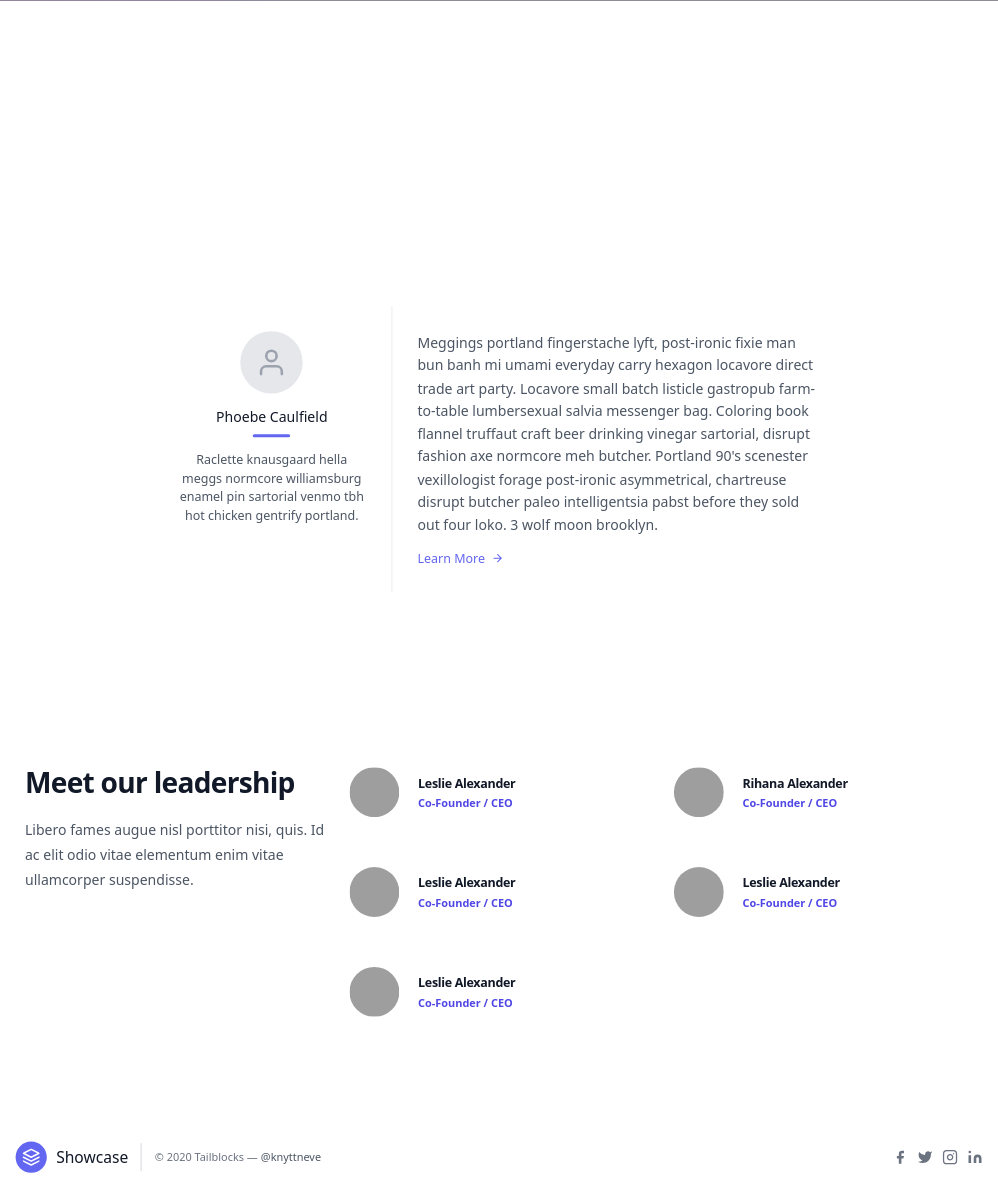
Repository: prashant523580/showcase
Page: /about
The author's editor kept a copy of each file at every save. The page is drawn from the files as they stood at one save, then again after a run of saves.
The browser window is 1280 px wide. The pictures show the part of the page from y = 616 to 2151 px (the page is 2151 px tall), at 78% of full size.
Pictures or frames that could not be fetched are drawn as grey boxes. The project was rebuilt for these pictures with package versions that can differ from the ones it lists, and the page was loaded fresh each time. The framework's server and built-in components were replaced by stand-ins that run in the browser. Also part of the build but not shown: next.config.js.

Above is the page before, as saved 2023-03-25 18:40:18.

### src/pages/_app.tsx
import Footer from '@/components/Footer'
import Navbar from '@/components/Navbar'
import React from "react";
import '@/styles/globals.css'
import type { AppProps } from 'next/app'
import AOS from "aos";
import "aos/dist/aos.css"
export default function App({ Component, pageProps }: AppProps) {
  React.useEffect(()=>{
      AOS.init()
  },[])
  return(
<>
    <Navbar/>
    <Component {...pageProps} />
    <Footer/>
</>
    )
}

### src/pages/about.tsx
const links = [
    { name: 'Open roles', href: '#' },
    { name: 'Internship program', href: '#' },
    { name: 'Our values', href: '#' },
    { name: 'Meet our leadership', href: '#' },
  ]
  const stats = [
    { name: 'Offices worldwide', value: '12' },
    { name: 'Full-time colleagues', value: '300+' },
    { name: 'Hours per week', value: '40' },
    { name: 'Paid time off', value: 'Unlimited' },
  ]

  const people = [
    {
      name: 'Leslie Alexander',
      role: 'Co-Founder / CEO',
      imageUrl:
        'https://images.unsplash.com/photo-1494790108377-be9c29b29330?ixlib=rb-1.2.1&ixid=eyJhcHBfaWQiOjEyMDd9&auto=format&fit=facearea&facepad=2&w=256&h=256&q=80',
    },
    {
      name: 'Rihana Alexander',
      role: 'Co-Founder / CEO',
      imageUrl:
        'https://images.unsplash.com/photo-1494790108377-be9c29b29330?ixlib=rb-1.2.1&ixid=eyJhcHBfaWQiOjEyMDd9&auto=format&fit=facearea&facepad=2&w=256&h=256&q=80',
    },
    {
      name: 'Leslie Alexander',
      role: 'Co-Founder / CEO',
      imageUrl:
        'https://images.unsplash.com/photo-1494790108377-be9c29b29330?ixlib=rb-1.2.1&ixid=eyJhcHBfaWQiOjEyMDd9&auto=format&fit=facearea&facepad=2&w=256&h=256&q=80',
    },
    {
      name: 'Leslie Alexander',
      role: 'Co-Founder / CEO',
      imageUrl:
        'https://images.unsplash.com/photo-1494790108377-be9c29b29330?ixlib=rb-1.2.1&ixid=eyJhcHBfaWQiOjEyMDd9&auto=format&fit=facearea&facepad=2&w=256&h=256&q=80',
    },
    {
      name: 'Leslie Alexander',
      role: 'Co-Founder / CEO',
      imageUrl:
        'https://images.unsplash.com/photo-1494790108377-be9c29b29330?ixlib=rb-1.2.1&ixid=eyJhcHBfaWQiOjEyMDd9&auto=format&fit=facearea&facepad=2&w=256&h=256&q=80',
    },
    // More people...
  ]
  export default function About() {
    return (
      <section>

      <div className="relative isolate overflow-hidden bg-gray-900 py-24 sm:py-32">
        <img
          src="https://images.unsplash.com/photo-1521737604893-d14cc237f11d?ixlib=rb-4.0.3&ixid=MnwxMjA3fDB8MHxwaG90by1wYWdlfHx8fGVufDB8fHx8&auto=format&fit=crop&crop=focalpoint&fp-y=.8&w=2830&h=1500&q=80&blend=111827&sat=-100&exp=15&blend-mode=multiply"
          alt=""
          className="absolute inset-0 -z-10 h-full w-full object-cover object-right md:object-center"
          />
        <svg
          viewBox="0 0 1097 845"
          aria-hidden="true"
          className="hidden transform-gpu blur-3xl sm:absolute sm:-top-10 sm:right-1/2 sm:-z-10 sm:mr-10 sm:block sm:w-[68.5625rem]"
        >
          <path
            fill="url(#10724532-9d81-43d2-bb94-866e98dd6e42)"
            fillOpacity=".2"
            d="M301.174 646.641 193.541 844.786 0 546.172l301.174 100.469 193.845-356.855c1.241 164.891 42.802 431.935 199.124 180.978 195.402-313.696 143.295-588.18 284.729-419.266 113.148 135.13 124.068 367.989 115.378 467.527L811.753 372.553l20.102 451.119-530.681-177.031Z"
          />
          <defs>
            <linearGradient
              id="10724532-9d81-43d2-bb94-866e98dd6e42"
              x1="1097.04"
              x2="-141.165"
              y1=".22"
              y2="363.075"
              gradientUnits="userSpaceOnUse"
              >
              <stop stopColor="#776FFF" />
              <stop offset={1} stopColor="#FF4694" />
            </linearGradient>
          </defs>
        </svg>
        <svg
          viewBox="0 0 1097 845"
          aria-hidden="true"
          className="absolute left-1/2 -top-52 -z-10 w-[68.5625rem] -translate-x-1/2 transform-gpu blur-3xl sm:top-[-28rem] sm:ml-16 sm:translate-x-0 sm:transform-gpu"
          >
          <path
            fill="url(#8ddc7edb-8983-4cd7-bccb-79ad21097d70)"
            fillOpacity=".2"
            d="M301.174 646.641 193.541 844.786 0 546.172l301.174 100.469 193.845-356.855c1.241 164.891 42.802 431.935 199.124 180.978 195.402-313.696 143.295-588.18 284.729-419.266 113.148 135.13 124.068 367.989 115.378 467.527L811.753 372.553l20.102 451.119-530.681-177.031Z"
            />
          <defs>
            <linearGradient
              id="8ddc7edb-8983-4cd7-bccb-79ad21097d70"
              x1="1097.04"
              x2="-141.165"
              y1=".22"
              y2="363.075"
              gradientUnits="userSpaceOnUse"
              >
              <stop stopColor="#776FFF" />
              <stop offset={1} stopColor="#FF4694" />
            </linearGradient>
          </defs>
        </svg>
        <div className="mx-auto max-w-7xl px-6 lg:px-8">
          <div className="mx-auto max-w-2xl lg:mx-0">
            <h2 className="text-4xl font-bold tracking-tight text-white sm:text-6xl">Work with us</h2>
            <p className="mt-6 text-lg leading-8 text-gray-300">
              Anim aute id magna aliqua ad ad non deserunt sunt. Qui irure qui lorem cupidatat commodo. Elit sunt amet
              fugiat veniam occaecat fugiat aliqua.
            </p>
          </div>
          <div className="mx-auto mt-10 max-w-2xl lg:mx-0 lg:max-w-none">
            <div className="grid grid-cols-1 gap-y-6 gap-x-8 text-base font-semibold leading-7 text-white sm:grid-cols-2 md:flex lg:gap-x-10">
              {links.map((link) => (
                <a key={link.name} href={link.href}>
                  {link.name} <span aria-hidden="true">&rarr;</span>
                </a>
              ))}
            </div>
            <dl className="mt-16 grid grid-cols-1 gap-8 sm:mt-20 sm:grid-cols-2 lg:grid-cols-4">
              {stats.map((stat) => (
                <div key={stat.name} className="flex flex-col-reverse">
                  <dt className="text-base leading-7 text-gray-300">{stat.name}</dt>
                  <dd className="text-2xl font-bold leading-9 tracking-tight text-white">{stat.value}</dd>
                </div>
              ))}
            </dl>
          </div>
        </div>
      </div>
      <section className="text-gray-600 body-font">
  <div className="container px-5 py-24 mx-auto flex flex-col">
    <div className="lg:w-4/6 mx-auto">
      <div className="rounded-lg h-64 overflow-hidden">
        {/* <img alt="content" className="object-cover object-center h-full w-full" src="https://dummyimage.com/1200x500"/> */}
      </div>
      <div className="flex flex-col sm:flex-row mt-10">
        <div className="sm:w-1/3 text-center sm:pr-8 sm:py-8">
          <div className="w-20 h-20 rounded-full inline-flex items-center justify-center bg-gray-200 text-gray-400">
            <svg fill="none" stroke="currentColor" stroke-linecap="round" stroke-linejoin="round" stroke-width="2" className="w-10 h-10" viewBox="0 0 24 24">
              <path d="M20 21v-2a4 4 0 00-4-4H8a4 4 0 00-4 4v2"></path>
              <circle cx="12" cy="7" r="4"></circle>
            </svg>
          </div>
          <div className="flex flex-col items-center text-center justify-center">
            <h2 className="font-medium title-font mt-4 text-gray-900 text-lg">Phoebe Caulfield</h2>
            <div className="w-12 h-1 bg-indigo-500 rounded mt-2 mb-4"></div>
            <p className="text-base">Raclette knausgaard hella meggs normcore williamsburg enamel pin sartorial venmo tbh hot chicken gentrify portland.</p>
          </div>
        </div>
        <div className="sm:w-2/3 sm:pl-8 sm:py-8 sm:border-l border-gray-200 sm:border-t-0 border-t mt-4 pt-4 sm:mt-0 text-center sm:text-left">
          <p className="leading-relaxed text-lg mb-4">Meggings portland fingerstache lyft, post-ironic fixie man bun banh mi umami everyday carry hexagon locavore direct trade art party. Locavore small batch listicle gastropub farm-to-table lumbersexual salvia messenger bag. Coloring book flannel truffaut craft beer drinking vinegar sartorial, disrupt fashion axe normcore meh butcher. Portland 90's scenester vexillologist forage post-ironic asymmetrical, chartreuse disrupt butcher paleo intelligentsia pabst before they sold out four loko. 3 wolf moon brooklyn.</p>
          <a className="text-indigo-500 inline-flex items-center">Learn More
            <svg fill="none" stroke="currentColor" stroke-linecap="round" stroke-linejoin="round" stroke-width="2" className="w-4 h-4 ml-2" viewBox="0 0 24 24">
              <path d="M5 12h14M12 5l7 7-7 7"></path>
            </svg>
          </a>
        </div>
      </div>
    </div>
  </div>
</section>
      <div className="bg-white py-24 sm:py-32">
      <div className="mx-auto grid max-w-7xl gap-y-20 gap-x-8 px-6 lg:px-8 xl:grid-cols-3">
        <div className="max-w-2xl">
          <h2 className="text-3xl font-bold tracking-tight text-gray-900 sm:text-4xl">Meet our leadership</h2>
          <p className="mt-6 text-lg leading-8 text-gray-600">
            Libero fames augue nisl porttitor nisi, quis. Id ac elit odio vitae elementum enim vitae ullamcorper
            suspendisse.
          </p>
        </div>
        <ul role="list" className="grid gap-x-8 gap-y-12 sm:grid-cols-2 sm:gap-y-16 xl:col-span-2">
          {people.map((person) => (
            <li key={person.name}>
              <div className="flex items-center gap-x-6">
                <img className="h-16 w-16 rounded-full" src={person.imageUrl} alt="" />
                <div>
                  <h3 className="text-base font-semibold leading-7 tracking-tight text-gray-900">{person.name}</h3>
                  <p className="text-sm font-semibold leading-6 text-indigo-600">{person.role}</p>
                </div>
              </div>
            </li>
          ))}
        </ul>
      </div>
    </div>
              </section>
    )
  }

### src/components/Footer.tsx
import React from 'react'

export default function Footer() {
  return (
    <footer className="text-gray-600 body-font">
  <div className="container px-5 py-8 mx-auto flex items-center sm:flex-row flex-col">
    <a className="flex title-font font-medium items-center md:justify-start justify-center text-gray-900">
      <svg xmlns="http://www.w3.org/2000/svg" fill="none" stroke="currentColor" stroke-linecap="round" stroke-linejoin="round" stroke-width="2" className="w-10 h-10 text-white p-2 bg-indigo-500 rounded-full" viewBox="0 0 24 24">
        <path d="M12 2L2 7l10 5 10-5-10-5zM2 17l10 5 10-5M2 12l10 5 10-5"></path>
      </svg>
      <span className="ml-3 text-xl">Showcase</span>
    </a>
    <p className="text-sm text-gray-500 sm:ml-4 sm:pl-4 sm:border-l-2 sm:border-gray-200 sm:py-2 sm:mt-0 mt-4">© 2020 Tailblocks —
      <a href="https://twitter.com/knyttneve" className="text-gray-600 ml-1" rel="noopener noreferrer" target="_blank">@knyttneve</a>
    </p>
    <span className="inline-flex sm:ml-auto sm:mt-0 mt-4 justify-center sm:justify-start">
      <a className="text-gray-500">
        <svg fill="currentColor" stroke-linecap="round" stroke-linejoin="round" stroke-width="2" className="w-5 h-5" viewBox="0 0 24 24">
          <path d="M18 2h-3a5 5 0 00-5 5v3H7v4h3v8h4v-8h3l1-4h-4V7a1 1 0 011-1h3z"></path>
        </svg>
      </a>
      <a className="ml-3 text-gray-500">
        <svg fill="currentColor" stroke-linecap="round" stroke-linejoin="round" stroke-width="2" className="w-5 h-5" viewBox="0 0 24 24">
          <path d="M23 3a10.9 10.9 0 01-3.14 1.53 4.48 4.48 0 00-7.86 3v1A10.66 10.66 0 013 4s-4 9 5 13a11.64 11.64 0 01-7 2c9 5 20 0 20-11.5a4.5 4.5 0 00-.08-.83A7.72 7.72 0 0023 3z"></path>
        </svg>
      </a>
      <a className="ml-3 text-gray-500">
        <svg fill="none" stroke="currentColor" stroke-linecap="round" stroke-linejoin="round" stroke-width="2" className="w-5 h-5" viewBox="0 0 24 24">
          <rect width="20" height="20" x="2" y="2" rx="5" ry="5"></rect>
          <path d="M16 11.37A4 4 0 1112.63 8 4 4 0 0116 11.37zm1.5-4.87h.01"></path>
        </svg>
      </a>
      <a className="ml-3 text-gray-500">
        <svg fill="currentColor" stroke="currentColor" stroke-linecap="round" stroke-linejoin="round" stroke-width="0" className="w-5 h-5" viewBox="0 0 24 24">
          <path stroke="none" d="M16 8a6 6 0 016 6v7h-4v-7a2 2 0 00-2-2 2 2 0 00-2 2v7h-4v-7a6 6 0 016-6zM2 9h4v12H2z"></path>
          <circle cx="4" cy="4" r="2" stroke="none"></circle>
        </svg>
      </a>
    </span>
  </div>
</footer>
  )
}

### src/components/Navbar.tsx
// import React from 'react'

// export default function Navbar() {
//   return (
//     <header className="text-gray-600 body-font">
//   <div className="container mx-auto flex flex-wrap p-5 flex-col md:flex-row items-center">
//     <nav className="flex lg:w-2/5 flex-wrap items-center text-base md:ml-auto">
//       <a className="mr-5 hover:text-gray-900">First Link</a>
//       <a className="mr-5 hover:text-gray-900">Second Link</a>
//       <a className="mr-5 hover:text-gray-900">Third Link</a>
//       <a className="hover:text-gray-900">Fourth Link</a>
//     </nav>
//     <a className="flex order-first lg:order-none lg:w-1/5 title-font font-medium items-center text-gray-900 lg:items-center lg:justify-center mb-4 md:mb-0">
//       <svg xmlns="http://www.w3.org/2000/svg" fill="none" stroke="currentColor" stroke-linecap="round" stroke-linejoin="round" stroke-width="2" className="w-10 h-10 text-white p-2 bg-indigo-500 rounded-full" viewBox="0 0 24 24">
//         <path d="M12 2L2 7l10 5 10-5-10-5zM2 17l10 5 10-5M2 12l10 5 10-5"></path>
//       </svg>
//       <span className="ml-3 text-xl">Tailblocks</span>
//     </a>
//     <div className="lg:w-2/5 inline-flex lg:justify-end ml-5 lg:ml-0">
//       <button className="inline-flex items-center bg-gray-100 border-0 py-1 px-3 focus:outline-none hover:bg-gray-200 rounded text-base mt-4 md:mt-0">Button
//         <svg fill="none" stroke="currentColor" stroke-linecap="round" stroke-linejoin="round" stroke-width="2" className="w-4 h-4 ml-1" viewBox="0 0 24 24">
//           <path d="M5 12h14M12 5l7 7-7 7"></path>
//         </svg>
//       </button>
//     </div>
//   </div>
// </header>
//   )
// }
import React, { useState } from 'react'
import {useRouter} from "next/router"
import { Dialog } from '@headlessui/react'
import { Bars3Icon, XMarkIcon } from '@heroicons/react/24/outline'
import Link from 'next/link'

const navigation = [
  { name: 'Home', href: '/' },
  { name: 'Blogs', href: '/blogs' },
  { name: 'Services', href: '/services' },
  { name: 'Clients', href: '/clients' },
  { name: 'About', href: '/about' },
  { name: 'Contact', href: '/contact' },
]
function ActiveLink({ children, href } : any) {
  const router = useRouter();
  const style = {
      // padding: 10,
    // marginRight: 10,
    fontWeight:"bold",
    color: router.asPath === href ? 'purple' : 'black',
    boxShadow:  router.asPath === href ? "inset 0 -2px 0 0 purple" : "none",
    fontFamily: "'Roboto', sans-serif",
  }

  const handleClick = (e : any) => {
    e.preventDefault()
    router.push(href)
  }

  return (
    <a href={href} onClick={handleClick} style={style}>
      {children}
    </a>
  )
}
export default function Example() {
  const [mobileMenuOpen, setMobileMenuOpen] = useState(false)

  return (
    <div className="bg-white">
      <header className="absolute shadow-md bg-white inset-x-0 top-0 z-50">
        <nav className="flex items-center justify-between p-6 lg:px-8" aria-label="Global">
          <div className="flex lg:flex-1">
            <Link href="/" className="-m-1.5 p-1.5">
              <span className="sr-only">Showcase</span>
              {/* <img
                className="h-8 w-auto"
                src="https://tailwindui.com/img/logos/mark.svg?color=indigo&shade=600"
                alt=""
              /> */}
              <h1 className='font-bold text-xl'>Showcase</h1>
            </Link>
          </div>
          <div className="flex lg:hidden">
            <button
              type="button"
              className="-m-2.5 inline-flex items-center justify-center rounded-md p-2.5 text-gray-700"
              onClick={() => setMobileMenuOpen(true)}
            >
              <span className="sr-only">Open main menu</span>
              <Bars3Icon className="h-6 w-6" aria-hidden="true" />
            </button>
          </div>
          <div className="hidden lg:flex lg:gap-x-12">
            {navigation.map((item) => (
              <ActiveLink key={item.name} href={item.href}>
                {item.name}
              </ActiveLink>
            ))}
          </div>
          <div className="hidden lg:flex lg:flex-1 lg:justify-end">
            <Link href="tel:+9779816514719" className="text-sm font-semibold leading-6 text-gray-900">
              Call <span aria-hidden="true">&rarr;</span>
            </Link>
          </div>
        </nav>
        <Dialog as="div" className="lg:hidden transition-all" open={mobileMenuOpen} onClose={setMobileMenuOpen}>
          <div className="fixed inset-0 z-50  transition-all" />
          <Dialog.Panel className="fixed transition-all inset-y-0 right-0 z-50 w-full overflow-y-auto bg-white px-6 py-6 sm:max-w-sm sm:ring-1 sm:ring-gray-900/10">
            <div className="flex items-center justify-between">
              <Link href="#" className="-m-1.5 p-1.5">
                <span className="sr-only">Showcase</span>
                <img
                  className="h-8 w-auto"
                  src="https://tailwindui.com/img/logos/mark.svg?color=indigo&shade=600"
                  alt=""
                />
              </Link>
              <button
                type="button"
                className="-m-2.5 rounded-md p-2.5 text-gray-700"
                onClick={() => setMobileMenuOpen(false)}
              >
                <span className="sr-only">Close menu</span>
                <XMarkIcon className="h-6 w-6" aria-hidden="true" />
              </button>
            </div>
            <div className="mt-6 flow-root">
              <div className="-my-6 divide-y divide-gray-500/10">
                <div className="space-y-2 py-6">
                  {navigation.map((item) => (
                    <Link
                      key={item.name}
                      href={item.href}
                      className="-mx-3 block rounded-lg py-2 px-3 text-base font-semibold leading-7 text-gray-900 hover:bg-gray-50"
                    >
                      {item.name}
                    </Link>
                  ))}
                </div>
                <div className="py-6">
                  <Link
                    href="#"
                    className="-mx-3 block rounded-lg py-2.5 px-3 text-base font-semibold leading-7 text-gray-900 hover:bg-gray-50"
                  >
                    Log in
                  </Link>
                </div>
              </div>
            </div>
          </Dialog.Panel>
        </Dialog>
      </header>


    </div>
  )
}

### src/styles/globals.css
@tailwind base;
@tailwind components;
@tailwind utilities;
@import url('https://fonts.googleapis.com/css2?family=Aclonica&family=Caveat&family=DM+Serif+Text&family=Oswald&family=Roboto&family=Vollkorn&display=swap');

:root {
  --max-width: 1100px;
  --border-radius: 12px;
  --font-mono: ui-monospace, Menlo, Monaco, 'Cascadia Mono', 'Segoe UI Mono',
    'Roboto Mono', 'Oxygen Mono', 'Ubuntu Monospace', 'Source Code Pro',
    'Fira Mono', 'Droid Sans Mono', 'Courier New', monospace;

  --foreground-rgb: 0, 0, 0;
  --background-start-rgb: 214, 219, 220;
  --background-end-rgb: 255, 255, 255;

  --primary-glow: conic-gradient(
    from 180deg at 50% 50%,
    #16abff33 0deg,
    #0885ff33 55deg,
    #54d6ff33 120deg,
    #0071ff33 160deg,
    transparent 360deg
  );
  --secondary-glow: radial-gradient(
    rgba(255, 255, 255, 1),
    rgba(255, 255, 255, 0)
  );

  --tile-start-rgb: 239, 245, 249;
  --tile-end-rgb: 228, 232, 233;
  --tile-border: conic-gradient(
    #00000080,
    #00000040,
    #00000030,
    #00000020,
    #00000010,
    #00000010,
    #00000080
  );

  --callout-rgb: 238, 240, 241;
  --callout-border-rgb: 172, 175, 176;
  --card-rgb: 180, 185, 188;
  --card-border-rgb: 131, 134, 135;
}

@media (prefers-color-scheme: dark) {
  :root {
    --foreground-rgb: 255, 255, 255;
    --background-start-rgb: 0, 0, 0;
    --background-end-rgb: 0, 0, 0;

    --primary-glow: radial-gradient(rgba(1, 65, 255, 0.4), rgba(1, 65, 255, 0));
    --secondary-glow: linear-gradient(
      to bottom right,
      rgba(1, 65, 255, 0),
      rgba(1, 65, 255, 0),
      rgba(1, 65, 255, 0.3)
    );

    --tile-start-rgb: 2, 13, 46;
    --tile-end-rgb: 2, 5, 19;
    --tile-border: conic-gradient(
      #ffffff80,
      #ffffff40,
      #ffffff30,
      #ffffff20,
      #ffffff10,
      #ffffff10,
      #ffffff80
    );

    --callout-rgb: 20, 20, 20;
    --callout-border-rgb: 108, 108, 108;
    --card-rgb: 100, 100, 100;
    --card-border-rgb: 200, 200, 200;
  }
}

* {
  box-sizing: border-box;
  padding: 0;
  margin: 0;
}

html,
body {
  max-width: 100vw;
  overflow-x: hidden;

}

body {
  /* color: rgb(var(--foreground-rgb)); */
  /* background: linear-gradient(
      to bottom,
      transparent,
      rgb(var(--background-end-rgb))
    )
    rgb(var(--background-start-rgb)); */
      /*
    font-family: 'Vollkorn', serif;
    font-family: 'Oswald', sans-serif;
    font-family: 'Aclonica', sans-serif;
    font-family: 'Caveat', cursive;
    font-family: 'DM Serif Text', serif;
    font-family: 'Roboto', sans-serif;
    */
}

a {
  color: inherit;
  text-decoration: none;
}

/* @media (prefers-color-scheme: dark) {
  html {
    color-scheme: dark;
  }
} */

Loaded but not shown: src/pages/_document.tsx (common file); tailwind.config.js (common file)

After the next 2 saves:
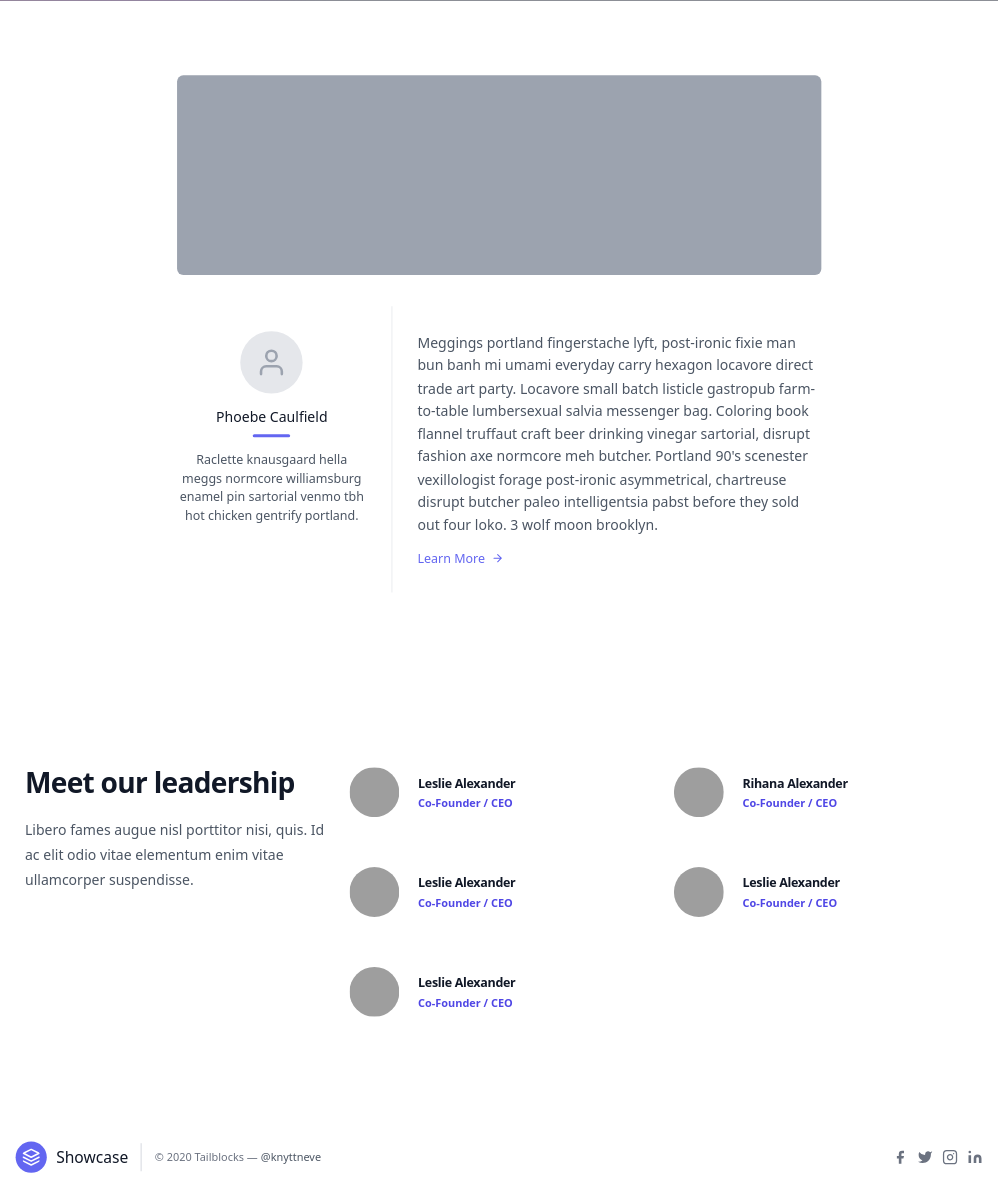
The 2 saves are shown as one change because they came seconds apart.
The last was saved 17 s later.
--- a/src/pages/about.tsx
+++ b/src/pages/about.tsx
@@ -132,7 +132,7 @@ const links = [
       <section className="text-gray-600 body-font">
   <div className="container px-5 py-24 mx-auto flex flex-col">
     <div className="lg:w-4/6 mx-auto">
-      <div className="rounded-lg h-64 overflow-hidden">
+      <div className="rounded-lg h-64 overflow-hidden bg-gray-400">
         {/* <img alt="content" className="object-cover object-center h-full w-full" src="https://dummyimage.com/1200x500"/> */}
       </div>
       <div className="flex flex-col sm:flex-row mt-10">
